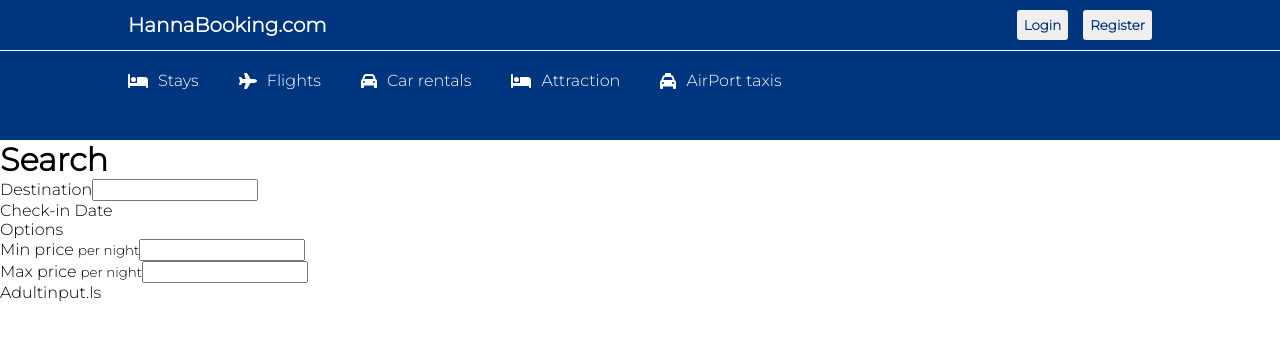
Repository: truongnguyenuit/BookingWebApp
Page: /hotels
The author's editor kept a copy of each file at every save. The page is drawn from the files as they stood at one save, then again after the next save.
The browser window is 1280 px wide. The pictures show the whole page.
The project was rebuilt for these pictures with package versions that can differ from the ones it lists, and the page was loaded fresh each time. Also part of the build but not shown: src/components/featured/featured.css, src/components/featured/Featured.jsx, src/components/propertyList/propertyList.css, src/components/propertyList/PropertyList.jsx, src/components/featuredProperties/featuredProperties.css, src/components/featuredProperties/FeaturedProperties.jsx, src/components/mailList/mailList.css, src/components/mailList/MailList.jsx and 7 more.

Above is the page before, as saved 2022-06-13 10:39:09.

After the next save:
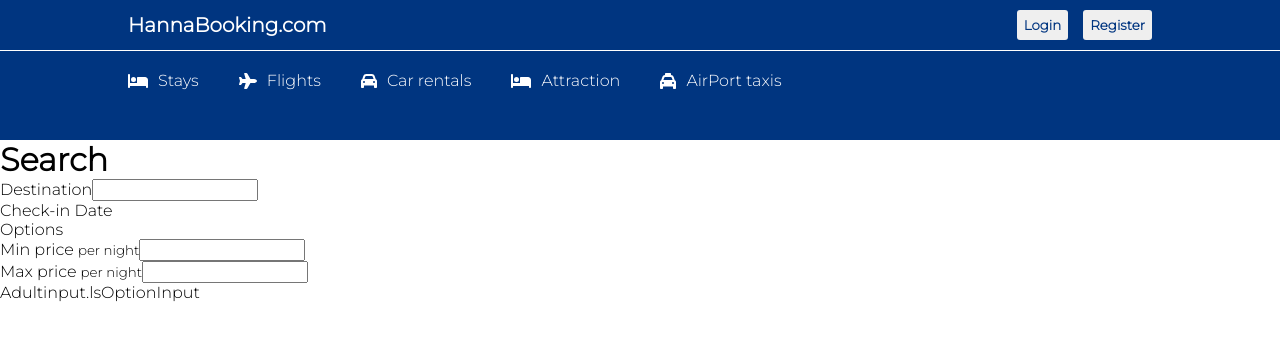
Saved 6 s later.
--- a/src/pages/list/List.jsx
+++ b/src/pages/list/List.jsx
@@ -47,7 +47,7 @@ const List = () => {
                 </div>
                 <div className="lsOptionItem">
                   <span className="lsOptionText">Adult</span>
-                  input.ls
+                  input.lsOptionInput
                 </div>
               </div>
             </div>
